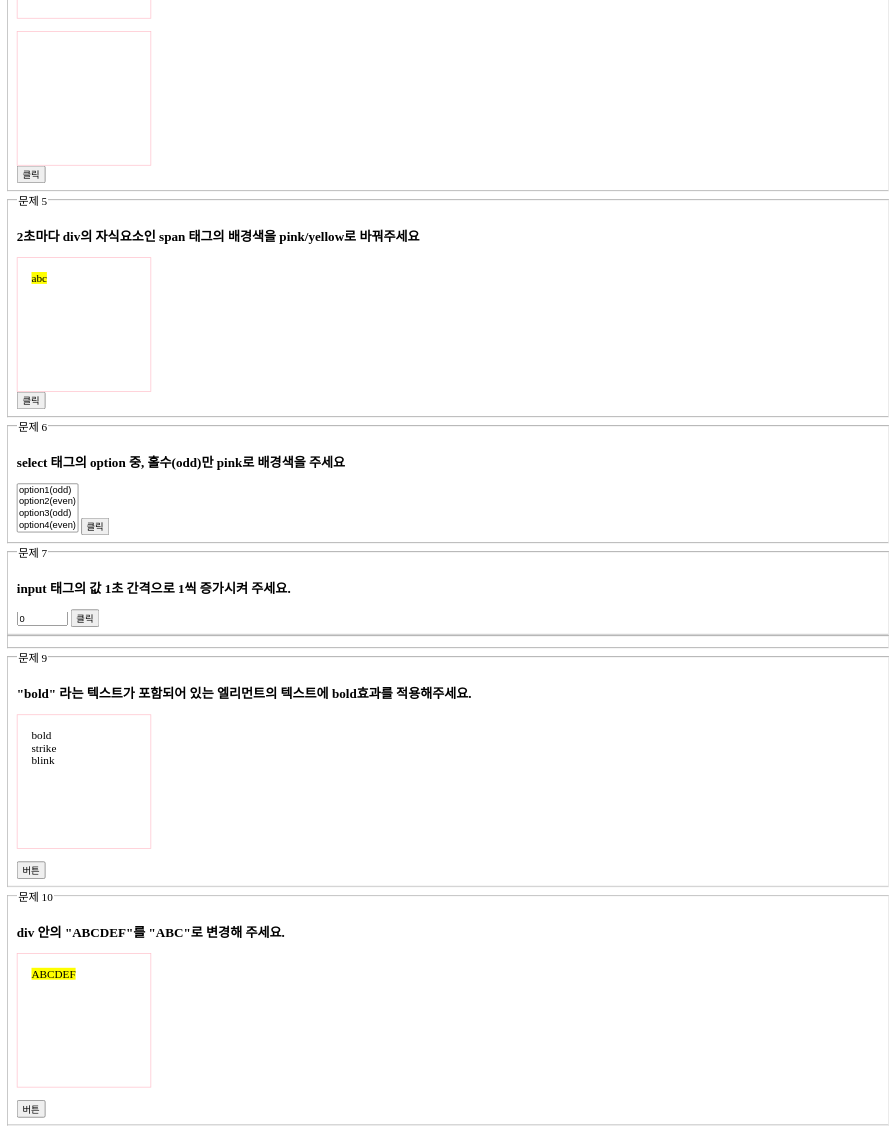
Repository: happyeon/Study_UI
Page: suyeon/WebContent/jqueryTest02.html
The author's editor kept a copy of each file at every save. The page is drawn from the files as they stood at one save, then again after the next save.
The browser window is 1280 px wide. The pictures show the part of the page from y = 1162 to 3082 px (the page is 2778 px tall before and 3082 px after), at 70% of full size.
After loading, the first visible `button[onclick="test08();"]` was clicked once.
Some web libraries are served in a nearby version.

Above is the page before, as saved 2021-06-17 11:49:35.

After the next save:
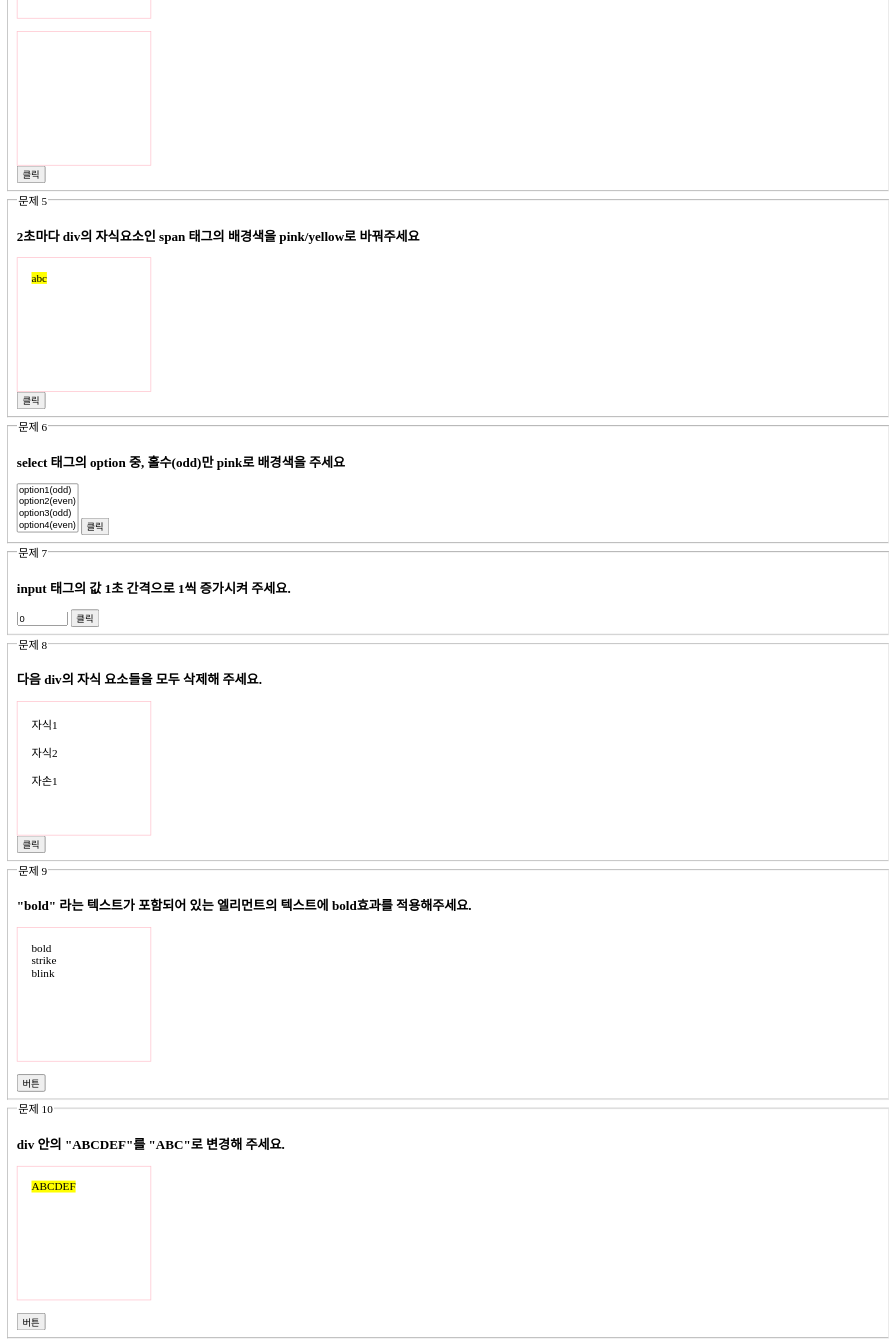
Console error: TypeError: $(...).child is not a function
Saved 74 s later.
--- a/suyeon/WebContent/jqueryTest02.html
+++ b/suyeon/WebContent/jqueryTest02.html
@@ -72,7 +72,7 @@
 	}
 
 	function test08() {
-		$(".box:eq(5)").parent().empty();
+		$(".box:eq(5)").child().empty();
 	}
 
 	function test09() {
